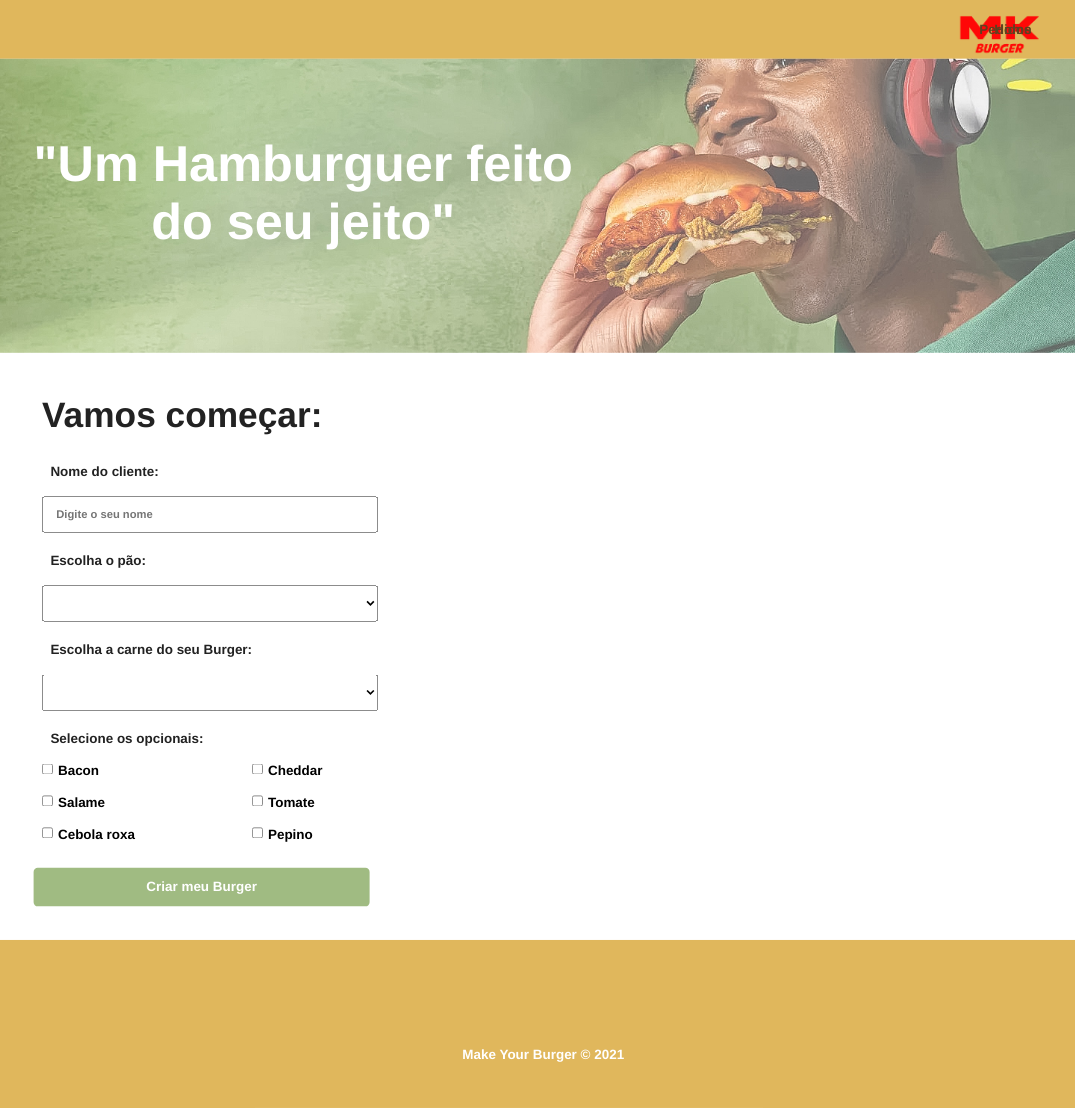
Repository: MarcoantonioCaldeira/Sistema-para-Hamburgueria
Page: /
The author's editor kept a copy of each file at every save. The page is drawn from the files as they stood at one save, then again after the next save.
The browser window is 1280 px wide. The pictures show the whole page, at 84% of full size.
The project was rebuilt for these pictures with package versions that can differ from the ones it lists, and the page was loaded fresh each time. Requests to the local data server were answered from the project's data file. Also part of the build but not shown: vue.config.js.

Above is the page before, as saved 2022-11-02 22:29:14.

### src/App.vue
<template>
  <div>
    <Navbar :logo="logo_src" :alt="app_name"/>
    <div>
      <router-view></router-view>
    </div>
    <Footer />
  </div>
</template>

<script>
 import Navbar from './components/Navbar.vue';
 import Footer from './components/Footer.vue';

export default {
  data: function() {
    return{
      logo_src: "/img/logo.png",
      app_name: "Make Your Burger"
    }
  },
  components: {
    Navbar,
    Footer
  }
}
</script>

<style>
  * {
    font-family: Helvetica;
    font-weight: bold;
    padding: 0;
    margin: 0;
    box-sizing: border-box;
  }
  .main-container {
    margin: 50px;
    min-height: 250px;
  }
  h1 {
    font-size: 42px;
    margin-bottom: 30px;
    color: #222;
  }
</style>

### src/router/index.js
import { createRouter, createWebHistory } from 'vue-router'
import HomeView from '../views/Home.vue'

const routes = [
  {
    path: '/',
    name: 'home',
    component: HomeView
  },
  {
    path: '/pedidos',
    name: 'Pedidos',
    component: () => import(/* webpackChunkName: "pedidos" */ '../views/Pedidos.vue')
  }
]

const router = createRouter({
  history: createWebHistory(process.env.BASE_URL),
  routes
})

export default router

### src/components/Navbar.vue
<template>
    <div id="nav">
        <router-link to="/" id="logo-url">
            <img :src="logo" :alt="alt" id="logo">
        </router-link>
        <router-link to="/">Home</router-link>
        <router-link to="/pedidos">Pedidos</router-link>
    </div>
</template>

    <script>
    export default {
     name: 'Navbar',
     props: ["logo", "alt"]
    }
    </script>

    <style>
    #nav{
        background-color: rgb(224, 183, 92);
        height:70px;
        padding: 15px 40px;
        display: flex;
        justify-content: flex-end;
        align-items: center;
      }

      #nav #logo-url{
        margin: auto;
        margin-left: 0;
      }

      #logo{
        width: 100px;
        height: 100px;
      }

      #nav a{
        color: #604020;
        font-siza: 160px;
        text-decoration:none;
        margin:12px;
        transition: .5s;
      }

      #nav a:hover{
        color:#fff;
      }
    </style>

### src/components/Footer/Footer.vue
<template>
    <div id="footer">
      <p>Make Your Burger &copy; 2021</p>
      <div id="Footer-info">
        <a>Quem somos</a>
        <a>Nossos Termos</a>
        <a>Entre em contato conosco</a>
      </div>
    </div>
  </template>

  <script>
  export default {
    name: "Footer"
  }
  </script>

  <style src="./style.scss"  lang="scss">

  </style>

### src/views/Home.vue
<template>
  <Banner />
  <div class="main-container">
    <h1>Vamos começar:</h1>
    <BurgerForm />
  </div>
</template>

<script>
import Banner from "../components/Banner.vue"
import BurgerForm from "../components/BurgerForm.vue"

export default{
  name: "Home",
  components: {
    Banner,
    BurgerForm
  }
}
</script>

### src/components/Footer/style.scss

p{
    position:absolute;
    margin-left: 43%;
    margin-top: 10%;
    display: inline;
  }

  a{
    position: absolute;
    margin-top: 10%;
    margin: 0 10px;
  }

  #Footer-info{
    height: 40px;
    margin-left: -53%;
  }

  #footer {
    height: 200px;
    background-color: rgb(224, 183, 92);
    color: #ffffff;
    bottom: 0;
    width: 100%;
  }

### src/components/Banner.vue
<template>
   <div id="main-banner">
    <h1>"Um Hamburguer feito <br> do seu jeito"</h1>
   </div>
</template>
<script>

export default{
    name: 'Banner'
}

</script>
<style>

#main-banner{
    background-image: url('/public/img/burger.jpg');
    background-position: 0 -250px;
    background-size: cover;
    height: 350px;
    display: flex;
    align-items: center;
    justify-content: flex-start;
}

#main-banner h1{
    color: #fff;
    text-align: center;
    font-size: 60px;
    padding: 20px 40px;
}
</style>

### src/components/BurgerForm.vue
<template>
    <Message :msg="msg" v-show="msg" />
    <div>
      <form id="burger-form" method="POST" @submit="createBurger">
        <div class="input-container">
          <label for="nome">Nome do cliente:</label>
          <input type="text" id="nome" name="nome" v-model="nome" placeholder="Digite o seu nome" required>
        </div>
        <div class="input-container">
          <label for="pao">Escolha o pão:</label>
          <select name="pao" id="pao" v-model="pao">
            <option value="">Selecione o seu pão</option>
            <option v-for="pao in paes" :key="pao.id" value="pao.tipo">{{ pao.tipo }}</option>
          </select>
        </div>
        <div class="input-container">
          <label for="carne">Escolha a carne do seu Burger:</label>
          <select name="carne" id="carne" v-model="carne">
            <option value="">Selecione o tipo de carne</option>
            <option v-for="carne in carnes" :key="carne.id" value="carne.tipo">{{ carne.tipo }}</option>
          </select>
        </div>
        <div id="opcionais-container" class="input-container">
          <label id="opcionais-title" for="opcionais">Selecione os opcionais:</label>
          <div class="checkbox-container" v-for="opcional in opcionaisdata" :key="opcional.id">
            <input type="checkbox" name="opcionais" v-model="opcionais" :value="opcional.tipo">
            <span>{{ opcional.tipo }}</span>
          </div>
        </div>
        <div class="input-container">
          <input class="submit-btn" type="submit" value="Criar meu Burger">
        </div>
      </form>
    </div>
  </template>

  <script>
  import Message from './Message'
  export default {
    name: "BurgerForm",
    data() {
      return {
        paes: null,
        carnes: null,
        opcionaisdata: null,
        nome: null,
        pao: null,
        carne: null,
        opcionais: [],
        status: "Solicitado",
        msg: null
      }
    },
    methods: {
      async getIngredientes() {
        const req = await fetch('http://localhost:3000/ingredientes');
        const data = await req.json();

        this.paes = data.paes;
        this.carnes = data.carnes;
        this.opcionaisdata = data.opcionais;
      },
      async createBurger(e) {

        e.preventDefault();

        const data = {
          nome: this.nome,
          carne: this.carne,
          pao: this.pao,
          opcionais: Array.from(this.opcionais),
          status: "Solicitado"
        }

        const dataJson = JSON.stringify(data);

        const req = await fetch('http://localhost:3000/burgers', {
          method: "POST",
          headers: { "Content-Type" : "application/json" },
          body: dataJson
        });
        const res = await req.json()
        console.log(res)
        this.msg = "Pedido realizado com sucesso!"
        // clear message
        setTimeout(() => this.msg = "", 3000)
        // limpar campos
        this.nome = ""
        this.carne = ""
        this.pao = ""
        this.opcionais = []

      }
    },
    mounted () {
      this.getIngredientes()
    },
    components: {
      Message
    }
  }
  </script>

  <style scoped>
  #burger-form {
    max-width: 500px;
  }
  .input-container {
    display: flex;
    flex-direction: column;
    margin-bottom: 20px;
  }
  label {
    font-weight: bold;
    margin-bottom: 15px;
    color: #222;;
    padding: 5px 10px;
  }
  input, select {
    padding: 12px 15px;
    width: 400px;
  }
  #opcionais-container {
    flex-direction: row;
    flex-wrap: wrap;
  }
  #opcionais-title {
    width: 100%;
  }
  .checkbox-container {
    display: flex;
    align-items: flex-start;
    width: 50%;
    margin-bottom: 20px;
  }
  .checkbox-container span,
  .checkbox-container input {
    width: auto;
  }
  .checkbox-container span {
    margin-left: 6px;
    font-weight: bold;
  }
  .submit-btn {
    background-color:#a0bb82;
    border-radius: 5px;
    color:white;
    font-weight: bold;
    border: 2px solid #a0bb82;
    padding: 15 15px;
    font-size: 16px;
    margin: -2%;
    cursor: pointer;
    transition: .5s;
  }
  .submit-btn:hover {
    background-color: transparent;
    color: #222;
  }
</style>

### src/components/Message.vue
<template>
    <div class="message-container">
        <p>{{ msg }}</p>
    </div>
</template>

<script>
export default {
    name: "Message",
    props: {
        msg: String
    }
}
</script>

<style>

.message-container{
    color: #004085;
    background-color: #deeeff;
    border: 2px solid #deeeff;
    border-radius: 5px;
    padding: 10px;
    max-width: 400px;
    margin: 30px auto;
}
</style>

### db/db.json
{
  "ingredientes": {
    "paes": [
      {
        "id": 1,
        "tipo": "Italiano Branco"
      },
      {
        "id": 2,
        "tipo": "3 Queijos"
      },
      {
        "id": 3,
        "tipo": "Parmesão e Orégano"
      },
      {
        "id": 4,
        "tipo": "Integral"
      }
    ],
    "carnes": [
      {
        "id": 1,
        "tipo": "Maminha"
      },
      {
        "id": 2,
        "tipo": "Alcatra"
      },
      {
        "id": 3,
        "tipo": "Picanha"
      },
      {
        "id": 4,
        "tipo": "Veggie burger"
      }
    ],
    "molhos-opcionais": [
      {
        "id": 1,
        "tipo": "Tomate"
      },
      {
        "id": 2,
        "tipo": "Creme de Alho"
      },
      {
        "id": 3,
        "tipo": "Vinagre com tomate"
      },
      {
        "id": 4,
        "tipo": "Pimenta mexicana"
      }
    ],
    "opcionais": [
      {
        "id": 1,
        "tipo": "Bacon"
      },
      {
        "id": 2,
        "tipo": "Cheddar"
      },
      {
        "id": 3,
        "tipo": "Salame"
      },
      {
        "id": 4,
        "tipo": "Tomate"
      },
      {
        "id": 4,
        "tipo": "Cebola roxa"
      },
      {
        "id": 4,
        "tipo": "Pepino"
      }
    ]
  },
  "status": [
    {
      "id": 1,
      "tipo": "Solicitado"
    },
    {
      "id": 2,
      "tipo": "Em produção"
    },
    {
      "id": 3,
      "tipo": "Finalizado"
    }
  ],
  "burgers": [
    {
      "nome": "Marco ",
      "carne": "carne.tipo",
      "pao": "pao.tipo",
      "opcionais": [
        "Tomate",
        "Bacon",
        "Salame"
      ],
      "status": "Solicitado",
      "id": 1
    }
  ]
}

Loaded but not shown: public/index.html (common file); src/main.js (common file)

After the next save:
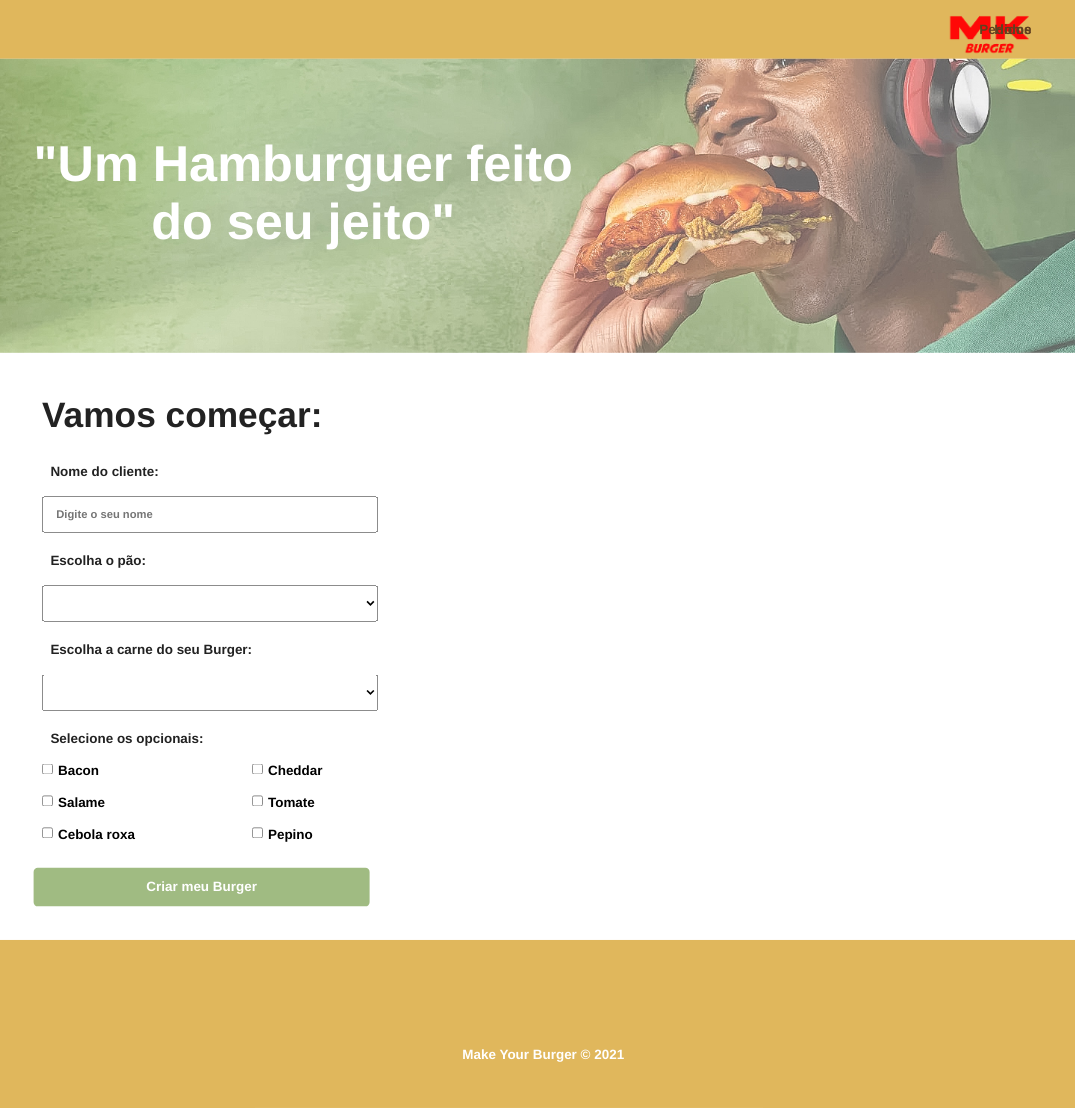
Saved 29 s later.
--- a/src/components/Navbar.vue
+++ b/src/components/Navbar.vue
@@ -25,7 +25,7 @@
         align-items: center;
       }
 
-      #nav #logo-url{
+      #nav {
         margin: auto;
         margin-left: 0;
       }
